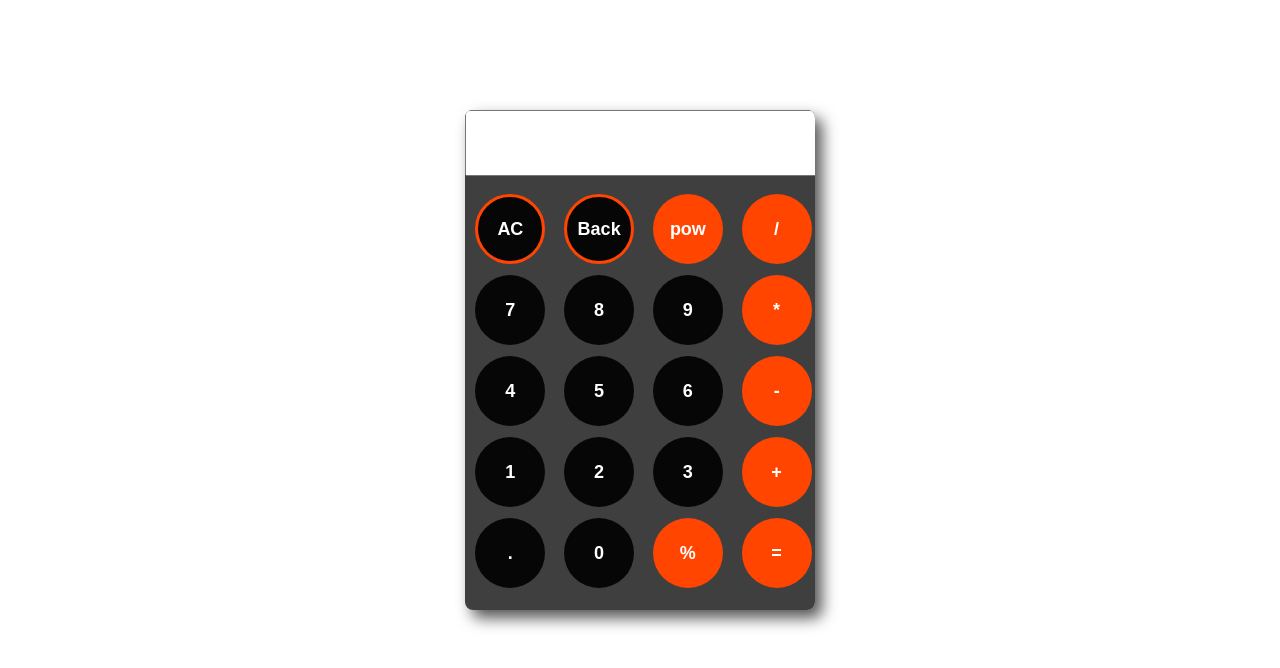
Repository: SakthivelDurai47/calculator
Page: index.html
These files come from the project's save history. The page is drawn as it stood at one moment and after the next save; the edit follows.
The browser window is 1280 px wide. The pictures show the whole page.

Above is the page before, as saved 2025-04-13 15:30:04.

### index.html
<!DOCTYPE html>
<html lang="en">
  <head>
    <meta charset="UTF-8" />
    <meta name="viewport" content="width=device-width, initial-scale=1.0" />
    <title>Calculator</title>
    <link rel="stylesheet" href="styles.css" />
  </head>
  <body>
    <div id="calculator">
      <input id="display" readonly />
      <div id="buttons">
        <button onclick="clearDisplay()" class="control">AC</button>
        <button onclick="removeFromDisplay()" class="control">Back</button>
        <button onclick="addToDisplay('**')" class="operator">pow</button>
        <button onclick="addToDisplay('/')" class="operator">/</button>
        <button onclick="addToDisplay('7')">7</button>
        <button onclick="addToDisplay('8')">8</button>
        <button onclick="addToDisplay('9')">9</button>
        <button onclick="addToDisplay('*')" class="operator">*</button>
        <button onclick="addToDisplay('4')">4</button>
        <button onclick="addToDisplay('5')">5</button>
        <button onclick="addToDisplay('6')">6</button>
        <button onclick="addToDisplay('-')" class="operator">-</button>
        <button onclick="addToDisplay('1')">1</button>
        <button onclick="addToDisplay('2')">2</button>
        <button onclick="addToDisplay('3')">3</button>
        <button onclick="addToDisplay('+')" class="operator">+</button>
        <button onclick="addToDisplay('.')">.</button>
        <button onclick="addToDisplay('0')">0</button>
        <button onclick="addToDisplay('%')" class="operator">%</button>
        <button onclick="calculate()" class="operator">=</button>
      </div>
    </div>
    <script src="index.js"></script>
  </body>
</html>

### styles.css
body {
  margin: 0;
  display: flex;
  justify-content: center;
  align-items: center;
  height: 100vh;
}
#buttons {
  display: grid;
  grid-template-columns: repeat(4, 1fr);
  gap: 5px;
  align-items: center;
  justify-items: center;
}
button {
  width: 70px;
  height: 70px;
  border-radius: 35px;
  border: none;
  background-color: rgba(0, 0, 0, 0.9);
  color: white;
  font-size: large;
  font-weight: bold;
  margin: 3px;
  margin-left: 10px;
}
button:hover {
  background-color: rgba(0, 0, 0, 0.5);
}
button:active {
  background-color: rgba(0, 0, 0, 0.1);
}
.control {
  border: 3px solid orangered;
}
.operator {
  background-color: orangered;
}
.operator:hover {
  background-color: rgba(255, 68, 0, 0.564);
}
.operator:active {
  background-color: rgba(255, 68, 0, 0.128);
}
#calculator {
  width: 350px;
  height: 500px;
  background-color: rgba(0, 0, 0, 0.751);
  border-radius: 8px;
  box-shadow: 7px 8px 15px rgba(0, 0, 0, 0.678);
  overflow: hidden;
}
#display {
  width: 100%;
  height: 60px;
  margin-bottom: 15px;
}

Loaded but not shown: index.js (no stored copy; drawn as an empty file)

After the next save:
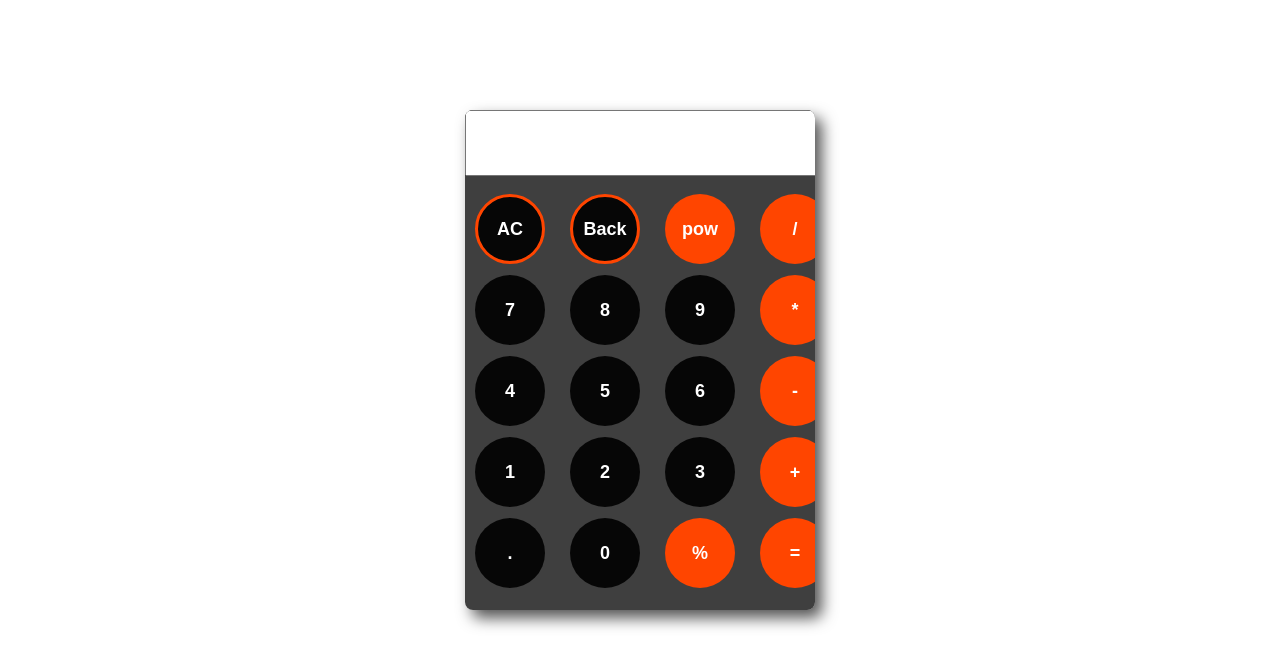
Saved 6 s later.
--- a/styles.css
+++ b/styles.css
@@ -23,6 +23,7 @@ button {
   font-weight: bold;
   margin: 3px;
   margin-left: 10px;
+  margin-right: 10px;
 }
 button:hover {
   background-color: rgba(0, 0, 0, 0.5);
